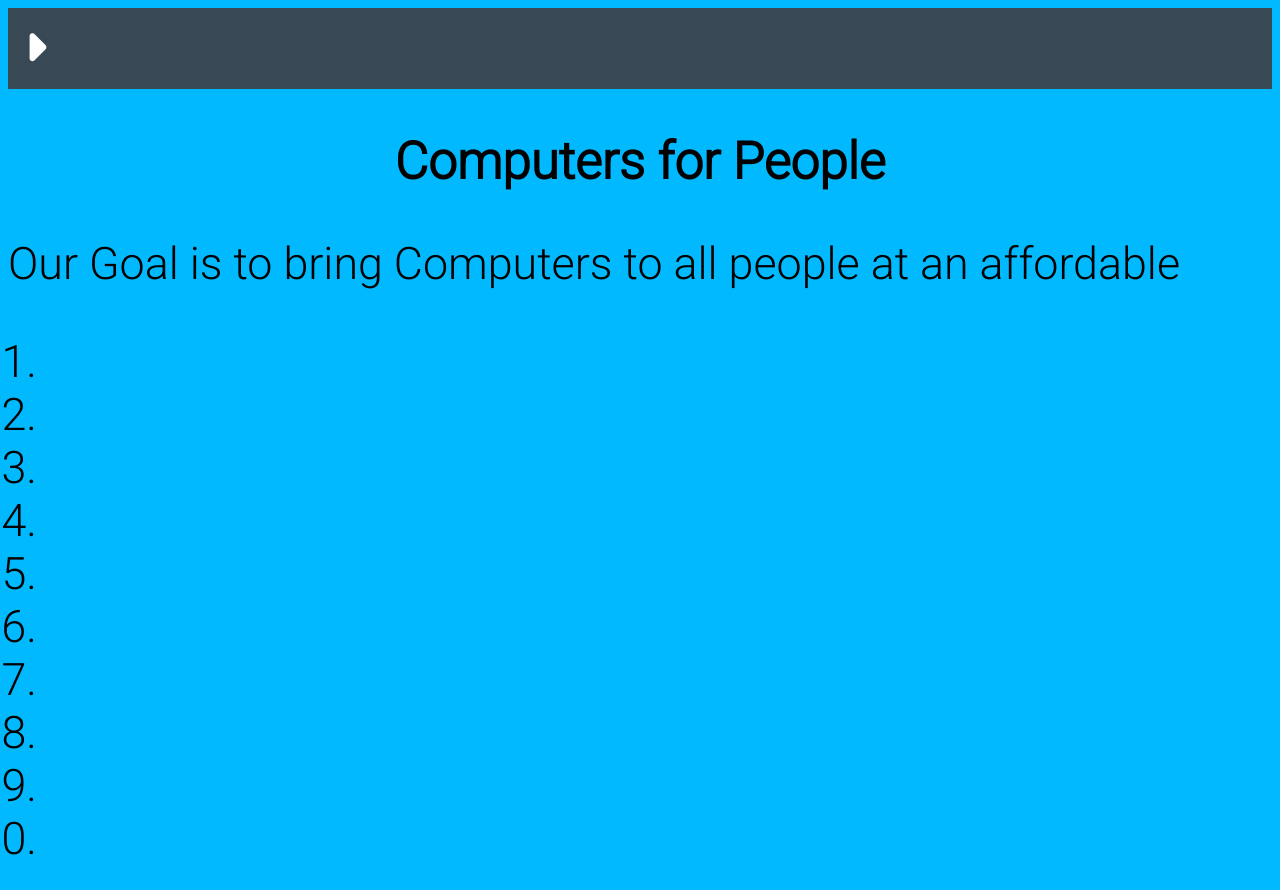
Repository: thecptwaffles/cfp-Website
Page: index.html
These files come from the project's save history. The page is drawn as it stood at one moment and after the next save; the edit follows.
The browser window is 1280 px wide. The pictures show the part of the page from y = 0 to 890 px (the page is 1747 px tall).
A picture or video elsewhere on the page could not be fetched, so the positions and the page height are approximate. Some web fonts or font styles are not loaded; a fallback is used. Some web libraries are served in a nearby version.

Above is the page before, as saved 2022-07-02 12:10:06.

After the next save:
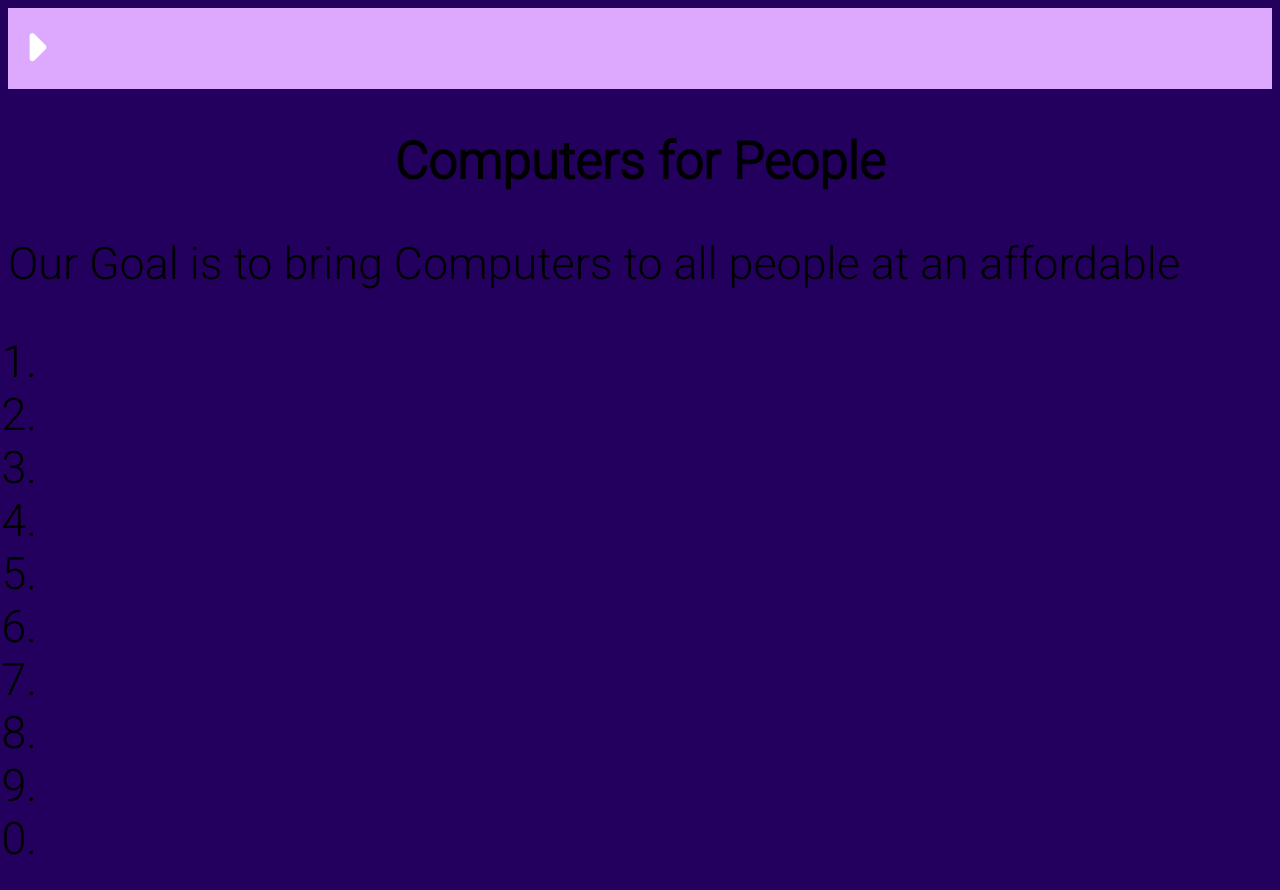
Saved 3 min 49 s later.
--- a/style.css
+++ b/style.css
@@ -1,10 +1,9 @@
 @import url('https://fonts.googleapis.com/css2?family=Gentium+Book+Plus&family=Roboto:wght@300&display=swap');
 
 :root {
-    --primClr: #00b9ff;
-    --secClr: #384955;
-    --tercClr: #dda25a;
-    --accentClr: #a26e29;
+    --primClr: #23005d;
+    --secClr: #dca9ff;
+    --accentClr: #39beab;
     --primFont: 'Roboto', sans-serif;
     --secFont: 'Gentium Book Plus', serif;
     scroll-behavior: smooth;
